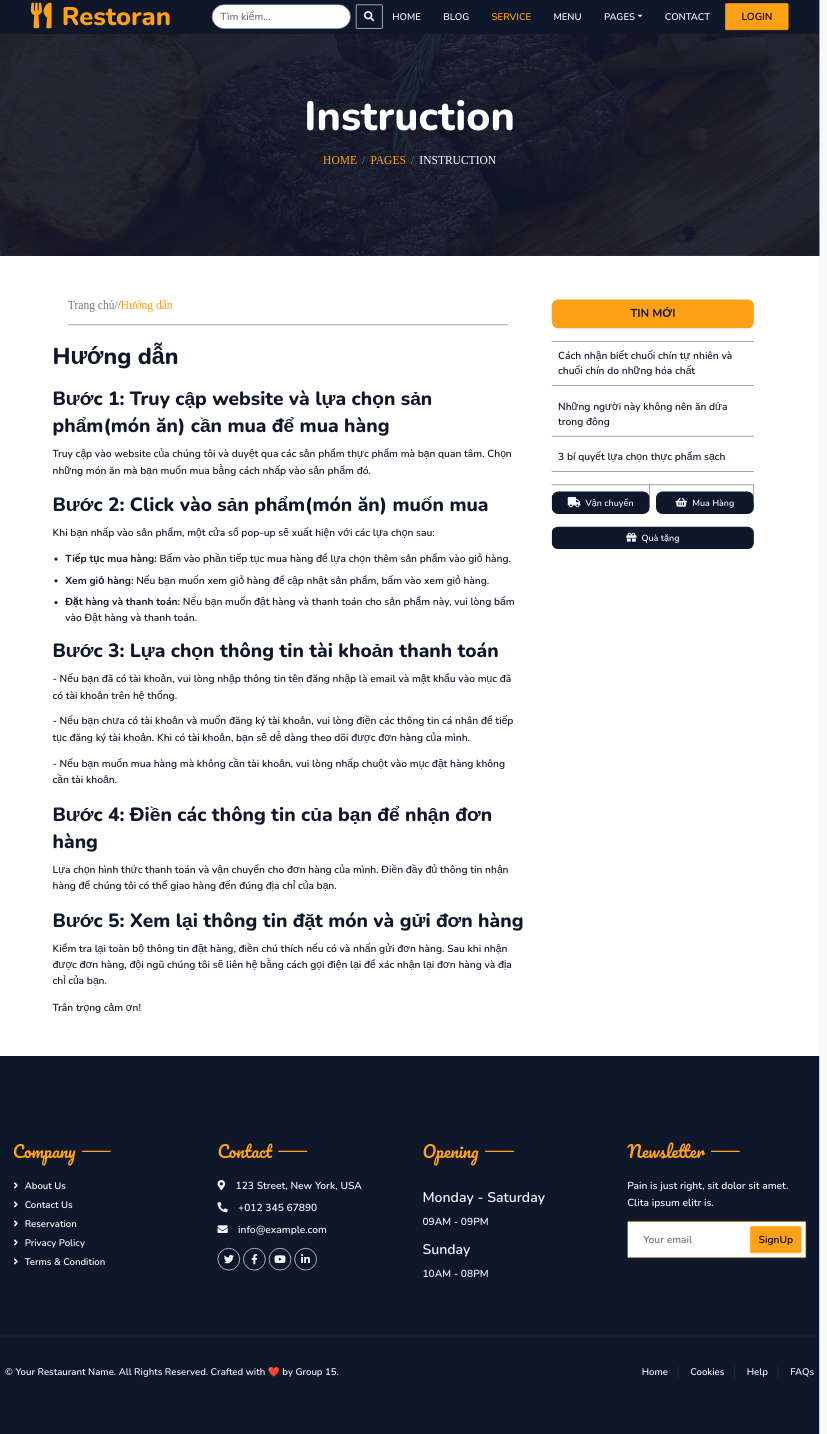
Repository: HoangKhangKhuPho4/Project_Web
Page: purchase-policy.html
An editor plug-in stored every save of this project. The page is shown before and after the next save, followed by the edit.
The browser window is 1280 px wide. The page is 1292 px wide, so the pictures cover 1292 px, including what lies to the right of the window. The pictures show the whole page, at 64% of full size.
Some web libraries are served in a nearby version.

Above is the page before, as saved 2025-01-02 20:32:02.

After the next save:
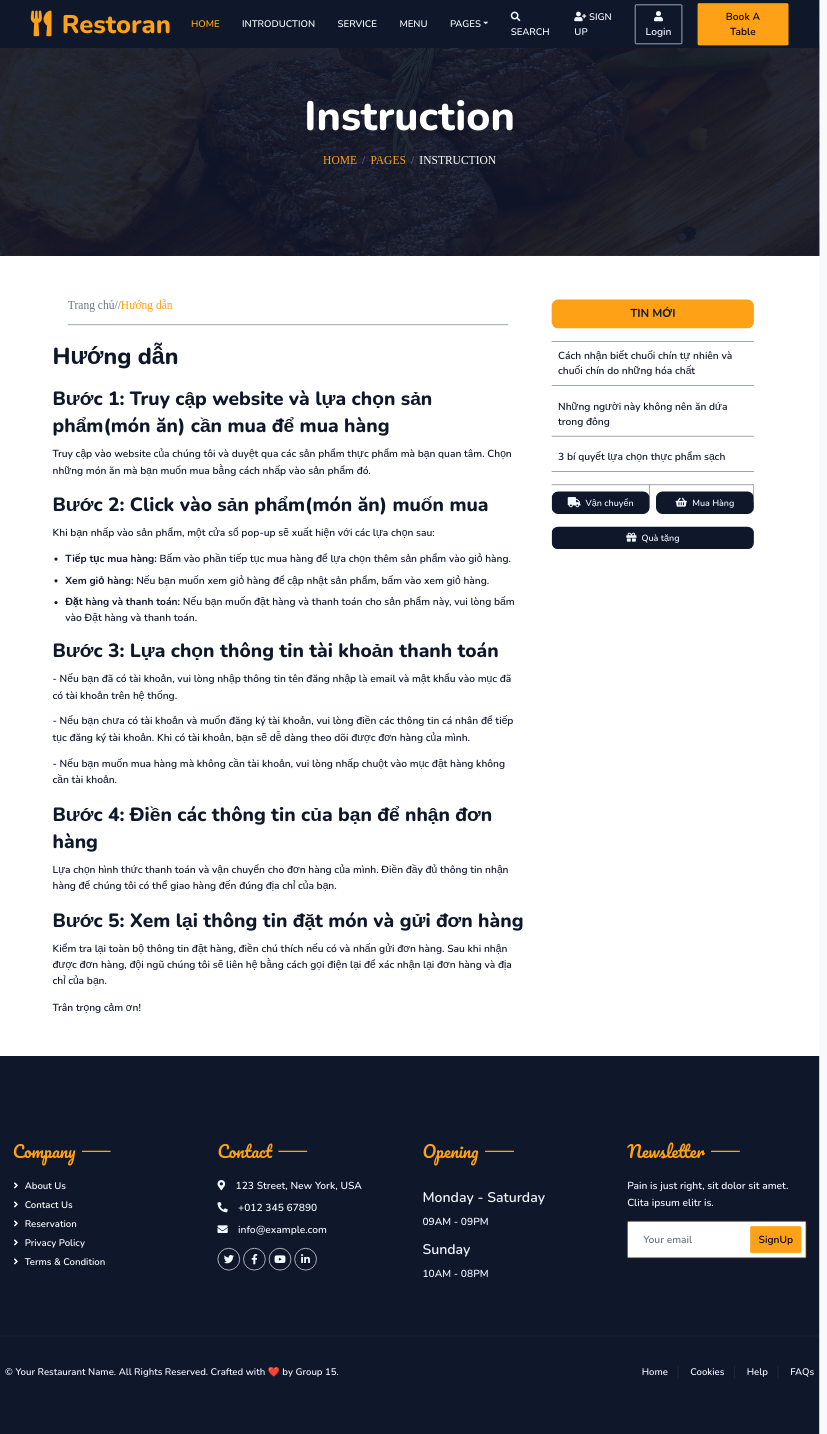
Saved 26 s later.
--- a/purchase-policy.html
+++ b/purchase-policy.html
@@ -337,9 +337,7 @@
 
       <!-- Navbar & Hero Start -->
       <div class="container-xxl position-relative p-0">
-        <nav
-          class="navbar navbar-expand-lg navbar-dark bg-dark px-4 px-lg-5 py-3 py-lg-0"
-        >
+        <nav class="navbar navbar-expand-lg navbar-dark bg-dark px-4 px-lg-5 py-3 py-lg-0">
           <div class="d-flex align-items-center">
             <a href="#" class="navbar-brand p-0">
               <h1 class="text-primary m-0">
@@ -347,19 +345,6 @@
               </h1>
               <!-- <img src="img/logo.png" alt="Logo"> -->
             </a>
-
-            <!-- Thêm khoảng cách bằng cách sử dụng lớp ms-5 -->
-            <form class="d-none d-lg-flex ms-5" role="search">
-              <input
-                class="form-control me-2"
-                type="search"
-                placeholder="Tìm kiếm..."
-                aria-label="Search"
-              />
-              <button class="btn btn-outline-light" type="submit">
-                <i class="fa fa-search"></i>
-              </button>
-            </form>
           </div>
 
           <button
@@ -376,28 +361,35 @@
 
           <div class="collapse navbar-collapse" id="navbarCollapse">
             <div class="navbar-nav ms-auto py-0 pe-4">
-              <a href="index.html" class="nav-item nav-link">Home</a>
-              <a href="blog.html" class="nav-item nav-link">Blog</a>
-              <a href="service.html" class="nav-item nav-link active">Service</a>
+              <a href="index.html" class="nav-item nav-link active">Home</a>
+              <a href="introduction.html" class="nav-item nav-link">Introduction</a>
+              <!-- Removed Blog Link -->
+              <a href="service.html" class="nav-item nav-link">Service</a>
               <a href="menu.html" class="nav-item nav-link">Menu</a>
               <div class="nav-item dropdown">
-                <a
-                  href="#"
-                  class="nav-link dropdown-toggle"
-                  data-bs-toggle="dropdown"
-                  >Pages</a
-                >
+                <a href="#" class="nav-link dropdown-toggle" data-bs-toggle="dropdown">Pages</a>
                 <div class="dropdown-menu m-0">
                   <a href="booking.html" class="dropdown-item">Booking</a>
                   <a href="team.html" class="dropdown-item">Our Team</a>
-                  <a href="testimonial.html" class="dropdown-item"
-                    >Testimonial</a
-                  >
+                  <a href="testimonial.html" class="dropdown-item">Testimonial</a>
+                  <!-- Added Blog and Contact -->
+                  <a href="blog.html" class="dropdown-item">Blog</a>
+                  <a href="contact.html" class="dropdown-item">Contact</a>
                 </div>
               </div>
-              <a href="contact.html" class="nav-item nav-link">Contact</a>
-            </div>
-            <a href="login.html" class="btn btn-primary py-2 px-4">LOGIN</a>
+              <!-- Removed Contact Link -->
+              <a href="search.html" class="nav-item nav-link">
+                <i class="fa fa-search"></i> Search
+              </a>
+              <a href="register.html" class="nav-item nav-link">
+                <i class="fa fa-user-plus"></i> Sign up
+              </a>
+              <a href="login.html" class="btn btn-outline-light ms-2">
+                <i class="fa fa-user"></i> Login
+              </a>
+            </div>
+
+            <a href="booking.html" class="btn btn-primary py-2 px-4">Book A Table</a>
           </div>
         </nav>
 
